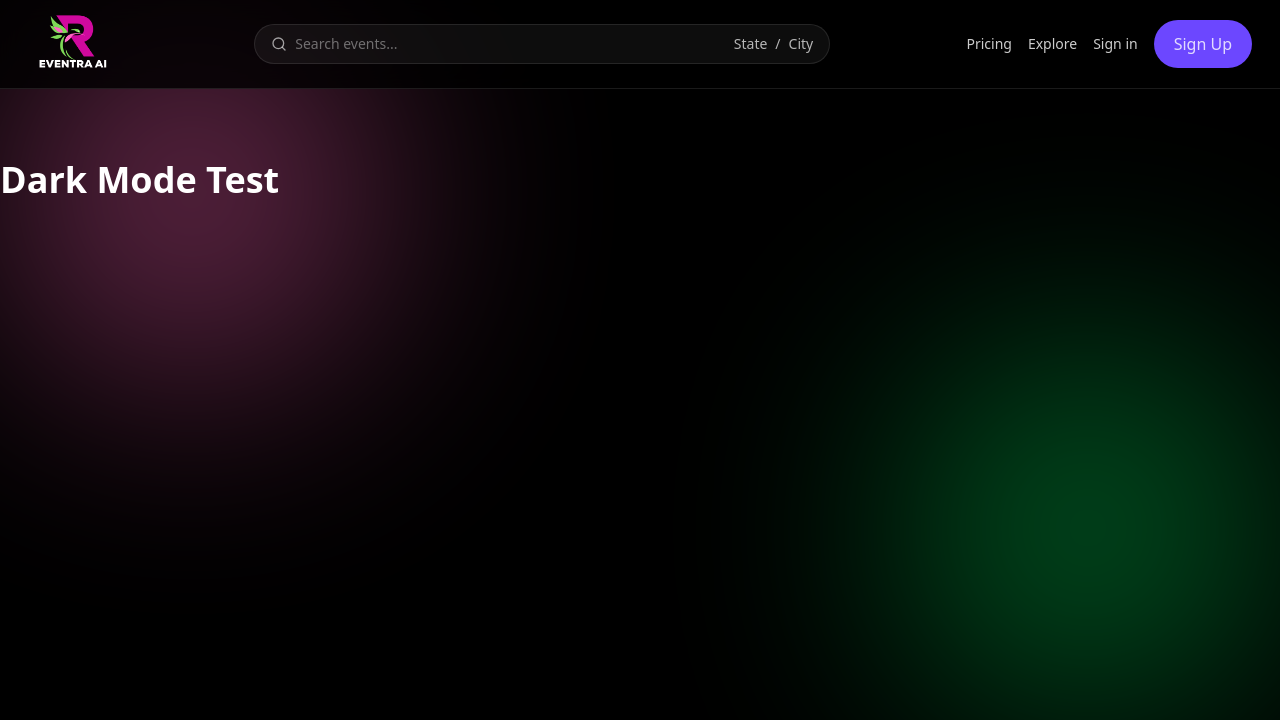
Repository: walaa-horani/AIEventNext.jsLinkedIn
Page: /
An editor plug-in stored every save of this project. The page is shown before and after the next save, followed by the edit.
The browser window is 1280 px wide. The pictures show the whole page.
The page's requests for data from a server got no answer. The project was rebuilt for these pictures with package versions that can differ from the ones it lists, and the page was loaded fresh each time. Some packages were replaced by stand-ins written for this rebuild. The framework's server and built-in components were replaced by stand-ins that run in the browser. No one was signed in, and anything a server would have sent is missing. Also part of the build but not shown: next.config.ts.

Above is the page before, as saved 2025-12-13 12:54:56.

### app/layout.tsx
import type { Metadata } from "next";
import { Geist, Geist_Mono } from "next/font/google";
import "./globals.css";
import { ThemeProvider } from "./components/theme-provider";
import Header from "./components/Header";
import { ConvexClientProvider } from "./ConvexClientProvider";
import { ClerkProvider } from "@clerk/nextjs";

const geistSans = Geist({
  variable: "--font-geist-sans",
  subsets: ["latin"],
});

const geistMono = Geist_Mono({
  variable: "--font-geist-mono",
  subsets: ["latin"],
});

export const metadata: Metadata = {
  title: "Create Next App",
  description: "Generated by create next app",
};

export default function RootLayout({
  children,
}: Readonly<{
  children: React.ReactNode;
}>) {
  return (
    <html lang="en">
      <body
        className={`${geistSans.variable} ${geistMono.variable} antialiased
          bg-white text-black
    dark:bg-black dark:text-white`}
      >

<ThemeProvider
  attribute="class"
  defaultTheme="dark"  // Change from "system" to "dark"
  enableSystem={false}  // Disable system preference
  disableTransitionOnChange
>
<ClerkProvider>
          <ConvexClientProvider>

          <Header/>

       <main className="relative min-h-screen container mx-auto pt-40">{children}
          <div className="fixed inset-0 -z-10 overflow-hidden pointer-events-none">
            {/* Blue glow */}
            <div className="absolute top-0 left-0 w-96 h-96 bg-pink-400 rounded-full blur-[120px] opacity-40"></div>
            {/* Green glow */}
            <div className="absolute bottom-0 right-0 w-96 h-96 bg-green-500 rounded-full blur-[120px] opacity-40"></div>
          </div>
        </main>

        </ConvexClientProvider>
        </ClerkProvider>
        </ThemeProvider>

      </body>
    </html>
  );
}

### app/page.tsx
export default function Home() {
  return (
    <div className="">
      <h1 className="text-4xl font-bold">
        Dark Mode Test
      </h1>
    </div>
  );
}

### app/components/Header.tsx
"use client";

import { SignedIn, SignedOut, SignInButton, SignUpButton, UserButton } from "@clerk/nextjs";
import { Search } from "lucide-react";
import Image from "next/image";
import Link from "next/link";

export default function Header() {
  return (
    <header className="fixed top-0 inset-x-0 z-50 border-b p-3 border-white/10 bg-black/80 backdrop-blur-md">
      <div className="mx-auto max-w-7xl px-4 h-16 flex items-center justify-between gap-4">

        {/* Logo */}
        <Link href="/" >
          <Image alt="image" width={90} height={90} src="/logo.png"/>

        </Link>

        {/* Search + Filters (desktop only) */}
        <div className="hidden md:flex flex-1 max-w-xl items-center gap-2 bg-white/5 border border-white/10 rounded-full px-4 h-10">
          <Search className="w-4 h-4 text-white/60" />

          <input
            placeholder="Search events..."
            className="bg-transparent flex-1 text-sm text-white placeholder:text-white/40 outline-none"
          />

          <div className="flex items-center gap-2 text-sm text-white/70">
            <button className="hover:text-white">State</button>
            <span>/</span>
            <button className="hover:text-white">City</button>
          </div>
        </div>

        {/* Right links */}
        <nav className="flex items-center gap-4 text-sm text-white/80">
          <Link href="#" className="hidden sm:block hover:text-white">
            Pricing
          </Link>
          <Link href="#" className="hidden sm:block hover:text-white">
            Explore
          </Link>

          <SignedOut>
              <SignInButton />
              <SignUpButton>
                <button className="bg-[#6c47ff] text-ceramic-white rounded-full font-medium text-sm sm:text-base h-10 sm:h-12 px-4 sm:px-5 cursor-pointer">
                  Sign Up
                </button>
              </SignUpButton>
            </SignedOut>
            <SignedIn>
              <UserButton />
            </SignedIn>
        </nav>

      </div>
    </header>
  );
}

Loaded but not shown: app/globals.css (common file); app/components/theme-provider.tsx (common file); app/ConvexClientProvider.tsx (common file)

After the next save:
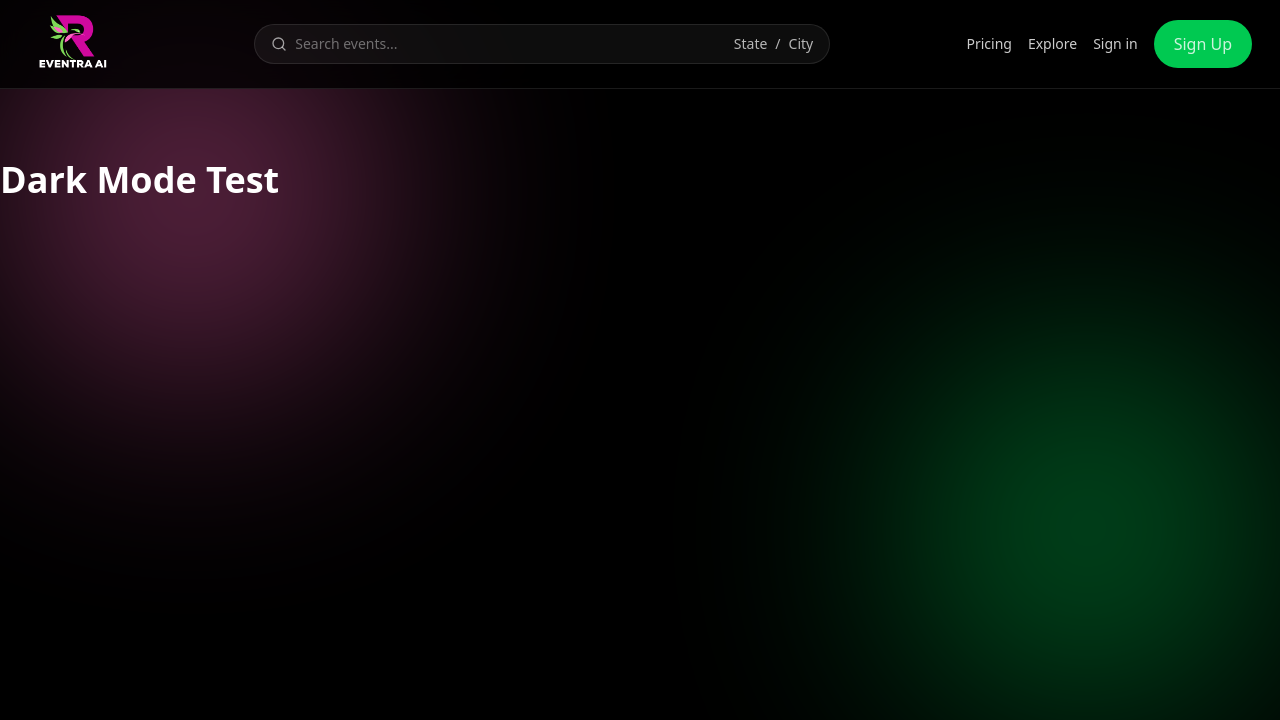
Saved 63 s later.
--- a/app/components/Header.tsx
+++ b/app/components/Header.tsx
@@ -44,7 +44,7 @@ export default function Header() {
           <SignedOut>
               <SignInButton />
               <SignUpButton>
-                <button className="bg-[#6c47ff] text-ceramic-white rounded-full font-medium text-sm sm:text-base h-10 sm:h-12 px-4 sm:px-5 cursor-pointer">
+                <button className="bg-green-500 text-ceramic-white rounded-full font-medium text-sm sm:text-base h-10 sm:h-12 px-4 sm:px-5 cursor-pointer">
                   Sign Up
                 </button>
               </SignUpButton>
